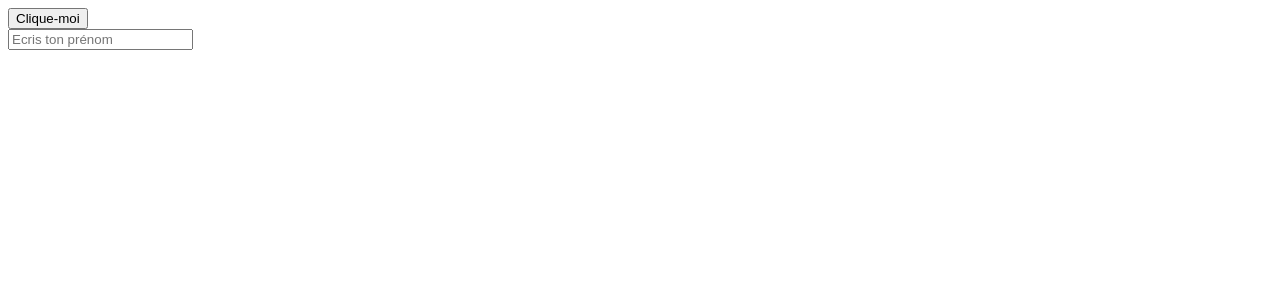
Repository: Coumba25040/coumbaProjet
Page: exoGPT/EXO/exo.html
An editor plug-in stored every save of this project. The page is shown before and after the next save, followed by the edit.
The browser window is 1280 px wide. The pictures show the whole page.

Above is the page before, as saved 2025-07-06 13:05:35.

After the next save:
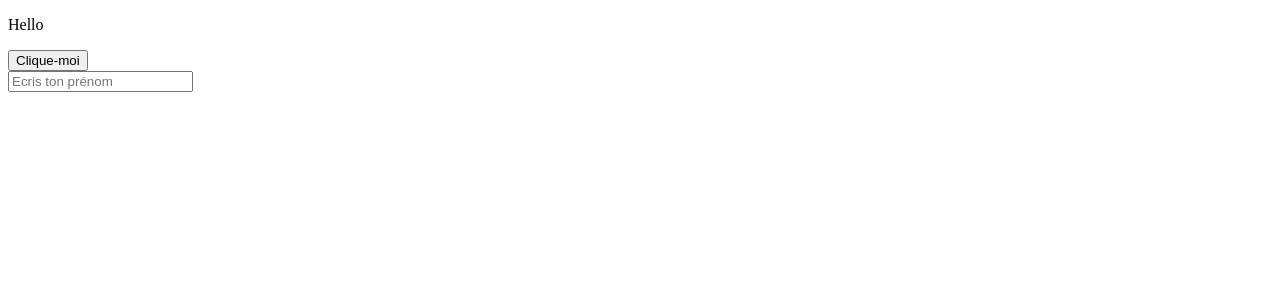
Saved 75 s later.
--- a/exoGPT/EXO/exo.js
+++ b/exoGPT/EXO/exo.js
@@ -73,3 +73,7 @@ console.log(array)
 // 13 Affiche un texte dans une balise <div> avec innerText.
 
 let container = document.getElementById("container")
+
+container.innerHTML += `
+<p>Hello</p>
+`
